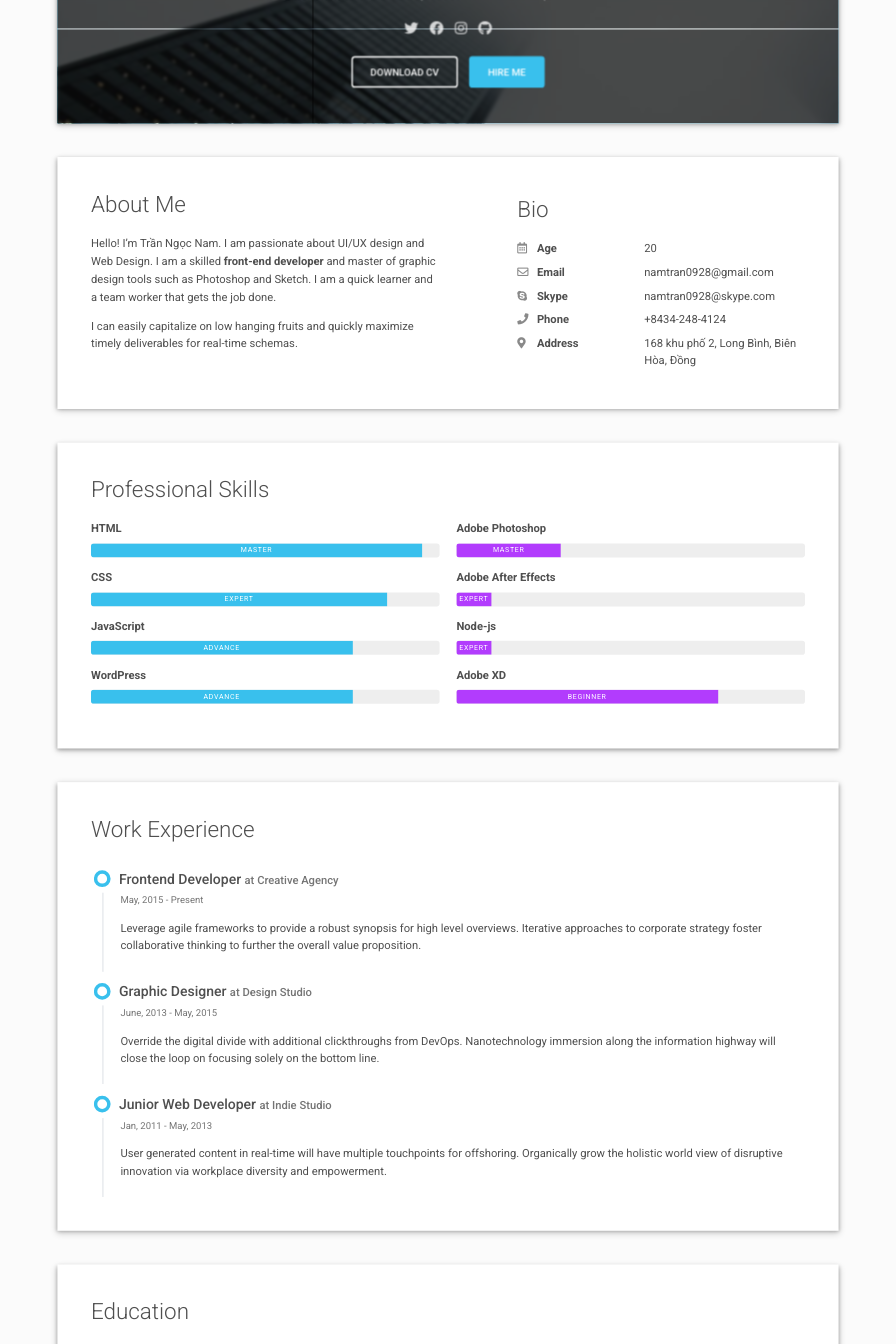
Repository: Namtran3107/CV
Page: index.html
These files come from the project's save history. The page is drawn as it stood at one moment and after the next save; the edit follows.
The browser window is 1280 px wide. The pictures show the part of the page from y = 435 to 2355 px (the page is 5347 px tall), at 70% of full size.

Above is the page before, as saved 2023-03-05 20:46:18.

After the next save:
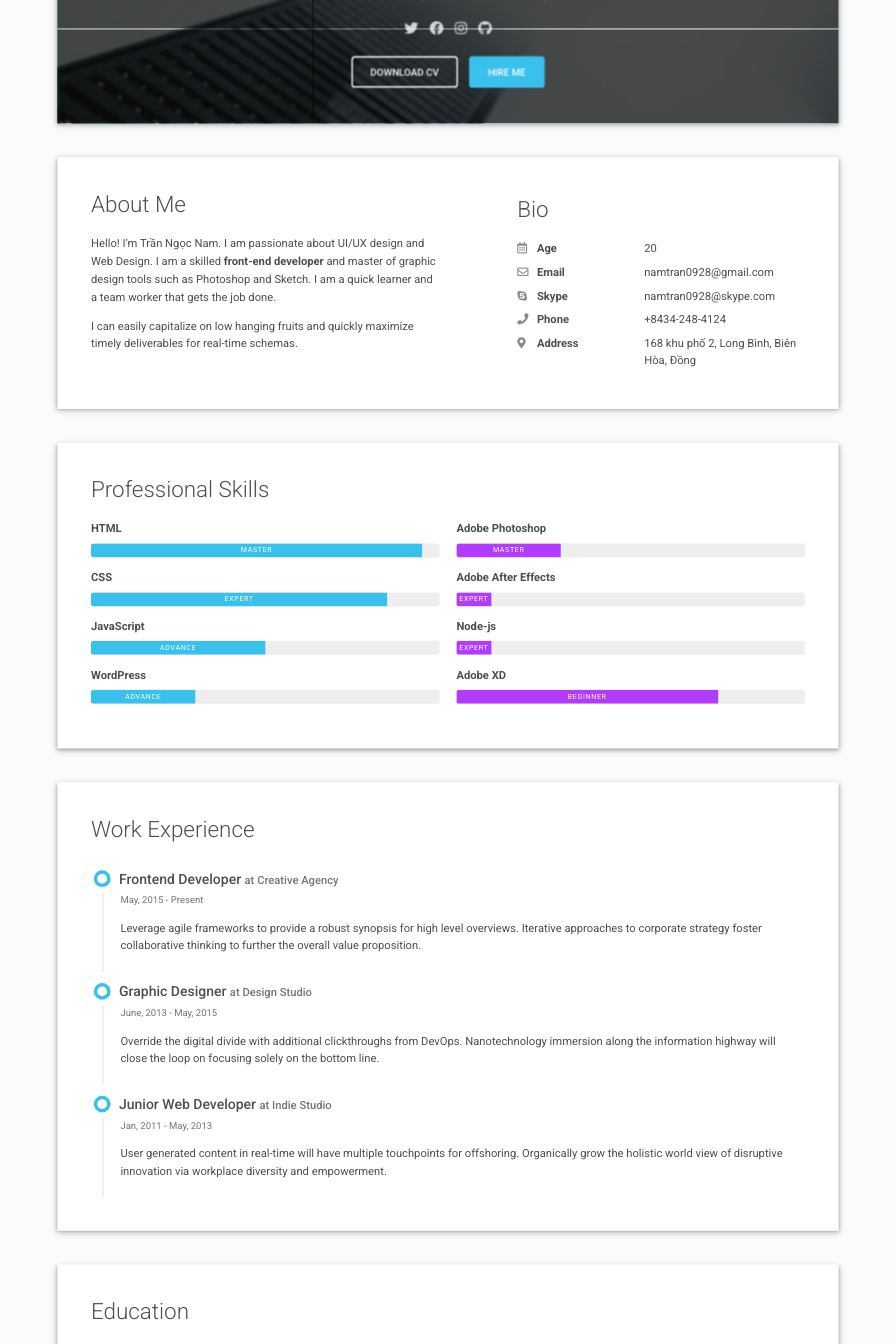
Saved 19 s later.
--- a/index.html
+++ b/index.html
@@ -150,12 +150,12 @@
           </div>
           <div class="mb-3"><span class="fw-bolder">JavaScript</span>
             <div class="progress my-2 rounded" style="height: 20px">
-              <div class="progress-bar bg-info" role="progressbar" data-aos="zoom-in-right" data-aos-delay="300" data-aos-anchor=".skills-section" style="width: 75%" aria-valuenow="75" aria-valuemin="0" aria-valuemax="100">Advance</div>
+              <div class="progress-bar bg-info" role="progressbar" data-aos="zoom-in-right" data-aos-delay="300" data-aos-anchor=".skills-section" style="width: 50%" aria-valuenow="75" aria-valuemin="0" aria-valuemax="100">Advance</div>
             </div>
           </div>
           <div class="mb-3"><span class="fw-bolder">WordPress</span>
             <div class="progress my-2 rounded" style="height: 20px">
-              <div class="progress-bar bg-info" role="progressbar" data-aos="zoom-in-right" data-aos-delay="300" data-aos-anchor=".skills-section" style="width: 75%" aria-valuenow="75" aria-valuemin="0" aria-valuemax="100">Advance</div>
+              <div class="progress-bar bg-info" role="progressbar" data-aos="zoom-in-right" data-aos-delay="300" data-aos-anchor=".skills-section" style="width: 30%" aria-valuenow="75" aria-valuemin="0" aria-valuemax="100">Advance</div>
             </div>
           </div>
         </div>
